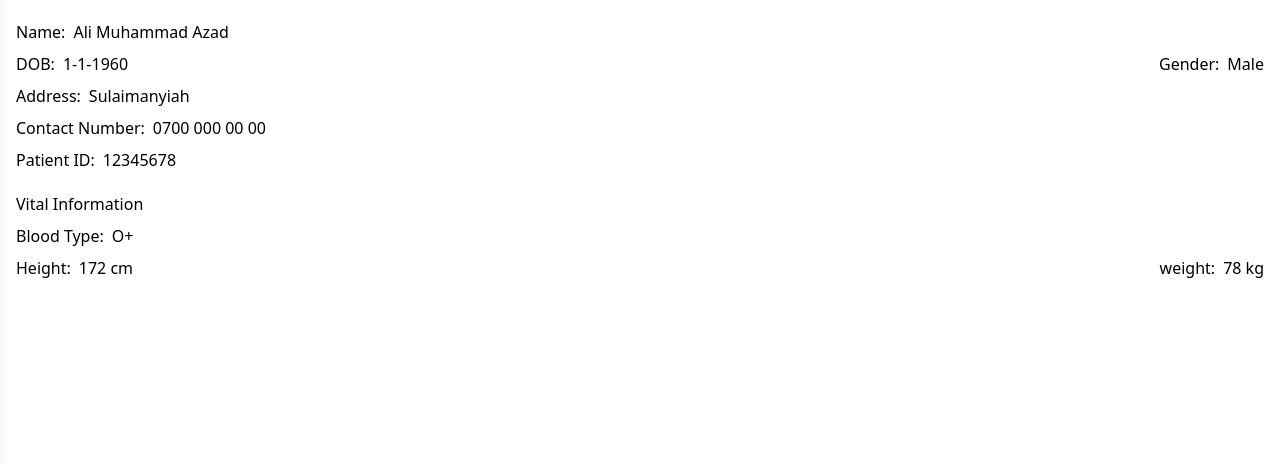
Repository: Sanaa00/HI-user
Page: /
The author's editor kept a copy of each file at every save. The page is drawn from the files as they stood at one save, then again after the next save.
The browser window is 1280 px wide. The pictures show the part of the page from y = 336 to 800 px (the page is 800 px tall).
The project was rebuilt for these pictures with package versions that can differ from the ones it lists, and the page was loaded fresh each time. Also part of the build but not shown: vite.config.js, src/App.css, src/Pages/Test.jsx.

Above is the page before, as saved 2024-01-10 21:36:12.

After the next save:
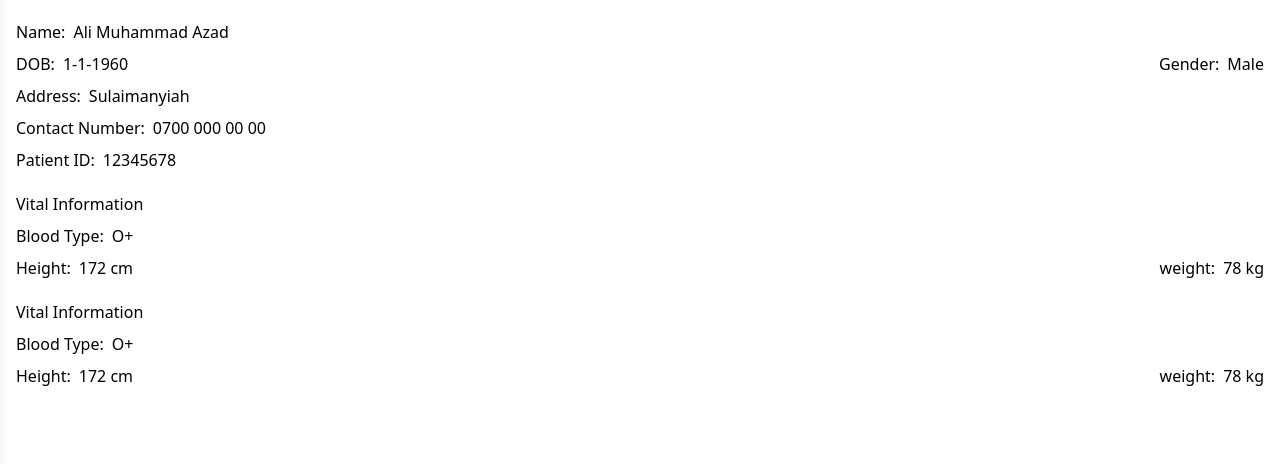
Saved 3 min 31 s later.
--- a/src/Pages/Home.jsx
+++ b/src/Pages/Home.jsx
@@ -65,6 +65,26 @@ function Home() {
           <span>weight:</span>
           <span className="ml-2">78 kg</span>
         </span>{' '}
+      </div>{' '}
+      <div className="mt-5">Vital Information</div>
+      <div className="mt-2 flex justify-between items-center">
+        <span>
+          {' '}
+          <span>Blood Type:</span>
+          <span className="ml-2">O+</span>
+        </span>{' '}
+      </div>{' '}
+      <div className="mt-2 flex justify-between items-center">
+        <span>
+          {' '}
+          <span>Height:</span>
+          <span className="ml-2">172 cm</span>
+        </span>{' '}
+        <span>
+          {' '}
+          <span>weight:</span>
+          <span className="ml-2">78 kg</span>
+        </span>{' '}
       </div>
     </div>
   );
